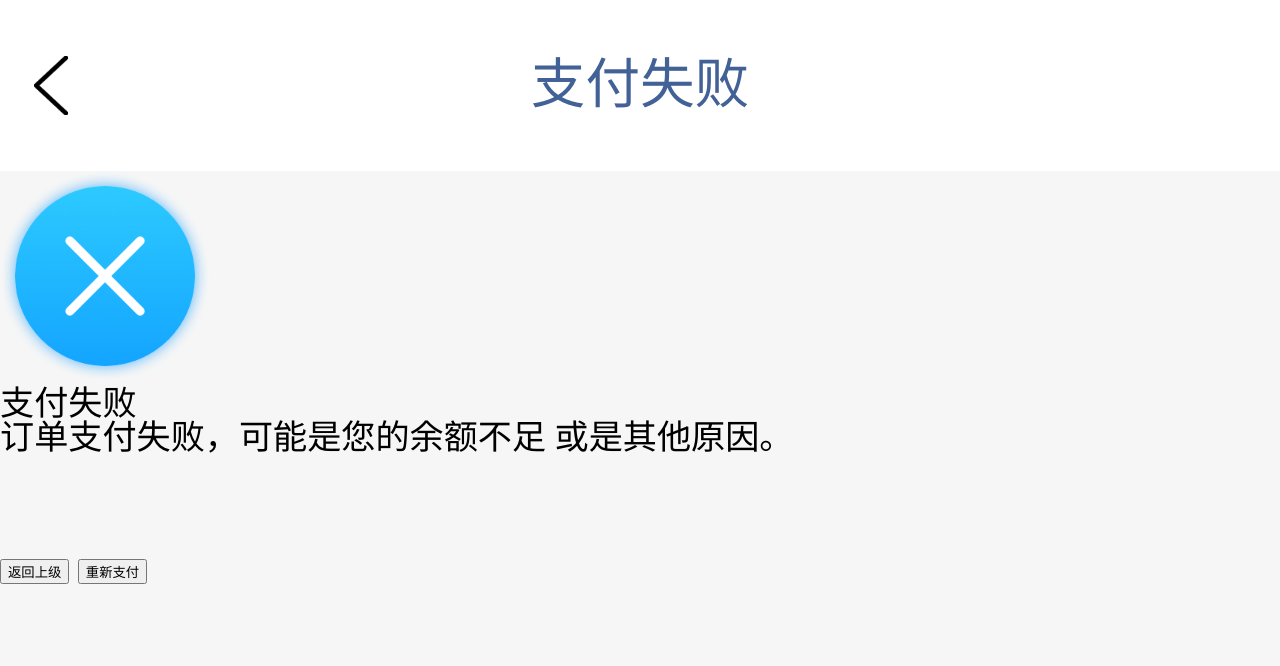
Repository: 421538074/sell
Page: consumer/pay-fail.html
An editor plug-in stored every save of this project. The page is shown before and after the next save, followed by the edit.
The browser window is 1280 px wide. The pictures show the whole page.

Above is the page before, as saved 2019-05-31 15:37:52.

### consumer/pay-fail.html
<!DOCTYPE html>
<html lang="en">

<head>
    <meta charset="UTF-8">
    <meta name="viewport" content="width=device-width, initial-scale=1.0">
    <meta http-equiv="X-UA-Compatible" content="ie=edge">
    <title>支付失败</title>
    <link rel="stylesheet" href="../css/base.css">
    <link rel="stylesheet" href="css/common.css">
    <link rel="stylesheet" href="css/pay-fail.css">
</head>

<body>
    <div id="app" class="content">
        <nav @click="back" class="nav-bar-wrapper">
            <img src="../img/back.png" class="back-icon">
            <p class="nav-bar-title">支付失败</p>
        </nav>
        <div class="order-fail-wrapper">
            <img src="../img/order-fail.png" class="order-success-icon">
            <p class="order-fail-title">支付失败</p>
            <p class="order-fail-info">订单支付失败，可能是您的余额不足
                    或是其他原因。</p>
        </div>
        <div class="operation-group">
            <button class="go-back">返回上级</button>
            <button class="re-pay">重新支付</button>
        </div>
    </div>
    <script src="../js/api.js"></script>
    <script src="../js/jquery.min.js"></script>
    <script src="../js/vue.js"></script>
    <script src="js/vue-mixin.js"></script>
    <script src="js/pay-fail.js"></script>
</body>

</html>

### css/base.css
/* http://meyerweb.com/eric/tools/css/reset/
   v2.0 | 20110126
   License: none (public domain)
*/

html,
body,
div,
span,
applet,
object,
iframe,
h1,
h2,
h3,
h4,
h5,
h6,
p,
blockquote,
pre,
a,
abbr,
acronym,
address,
big,
cite,
code,
del,
dfn,
em,
img,
ins,
kbd,
q,
s,
samp,
small,
strike,
strong,
sub,
sup,
tt,
var,
b,
u,
i,
center,
dl,
dt,
dd,
ol,
ul,
li,
fieldset,
form,
label,
legend,
table,
caption,
tbody,
tfoot,
thead,
tr,
th,
td,
article,
aside,
canvas,
details,
embed,
figure,
figcaption,
footer,
header,
hgroup,
menu,
nav,
output,
ruby,
section,
summary,
time,
mark,
audio,
video {
    margin: 0;
    padding: 0;
    border: 0;
    font-size: 100%;
    font: inherit;
    vertical-align: baseline;
}

/* HTML5 display-role reset for older browsers */
article,
aside,
details,
figcaption,
figure,
footer,
header,
hgroup,
menu,
nav,
section {
    display: block;
}

body {
    line-height: 1;
}

ol,
ul {
    list-style: none;
}

blockquote,
q {
    quotes: none;
}

blockquote:before,
blockquote:after,
q:before,
q:after {
    content: '';
    content: none;
}

table {
    border-collapse: collapse;
    border-spacing: 0;
}


body,
html {
    font-size: calc(100vw / 37.5) !important;
    font-family: PingFangSC-Medium;
    background: #F2F2F2;
}


[v-cloak] {
    display: none;
}


hr {
    margin: 0;
    padding: 0;
}

.clearfix {
    zoom: 1;
}

.clearfix:after {
    content: ".";
    display: block;
    visibility: hidden;
    height: 0;
    clear: both;
}

[v-cloak] {
    display: none;
}

### consumer/css/common.css
*{
    box-sizing: border-box;
}
html,body{
    background: #f6f6f6;
}
html,body,div.content{
    height: 100%;
}
/*底部菜单栏*/
nav.tool-bar-wrapper {
    height: 5rem;
    background: #ffffff;
    display: flex;
    align-items: center;
    justify-content: space-around;
}
a.nav-item {
    color: #888888;
    text-decoration: none;
    font-size: 1.5rem;
    display: flex;
    flex-direction: column;
    align-items: center;
    justify-content: space-around;
    height: 90%;
}
a.nav-item.active{
    color: #0093FF;
}
img.nav-item-icon{
    width: 1.5rem;
    height: 1.5rem;
}
.ellipsis{
    overflow: hidden;
    white-space: nowrap;
    text-overflow: ellipsis;
}
/*顶部返回栏 */
nav.nav-bar-wrapper {
    background: #FFFFFF;
    height: 5rem;
    display: flex;
    align-items: center;
    justify-content: space-around;
    position: fixed;
    width: 100%;
    top: 0;
    z-index: 2;
    font-size: 1.6rem;
    color: #426196;
}
img.back-icon {
    position: absolute;
    width: 1rem;
    left: 1rem;
}

### consumer/css/pay-fail.css
div.content{
    padding-top: 5rem;
}
.order-fail-wrapper {
    height: calc(100% - 5rem);
}

### js/api.js
function getUrlKey(name) {
    return decodeURIComponent((new RegExp('[?|&]' + name + '=' + '([^&;]+?)(&|#|;|$)').exec(location.href) || [, ""])[1].replace(/\+/g, '%20')) || null;
}


// window.warn = {
//     alert: function alert(msg) {
//         var template = `
// `
//         $('body').append(template);
//         $('.alert-body').animate({
//             top: "40px"
//         }, 200);
//         // setTimeout(function () {
//         //     warn.close();
//         // }, 1500);
//     },
//     close: function close() {
//         $('.alert-body').animate({
//             top: "-280px"
//         }, 200);
//         setTimeout(function () {
//             $('#alert-msg').remove();
//         }, 200);
//     }
// };

### consumer/js/vue-mixin.js
Vue.mixin({
    methods: {
        /**
         * 返回
         */
        back() {
            history.go(-1);
        },
        /**
         * 限制长度
         * @param {String} 要限制长度的字段
         * @param {Number} 长度
         */
        limitLength(key, length) {
            this[key] = this[key].substring(0, length);
        },
        /**
         * 验证11位手机号
         * @param {Number} phone
         */
        validatePhone(phone) {
            const phoneReg = /^[1-9][0-9]{9}[0-9]$/;
            return phoneReg.test(phone);
        },
        /**
         * 发送手机验证码
         * @param {Number} waitTimeKey 等待时间键名
         * @param {String} tipsKey 发送验证码显示的信息的键名
         * @param {String} phoneKey 手机号键名
         * @param {String} reSendMsg  按钮默认显示的文字
         */
        sendCode(waitTimeKey, tipsKey, phoneKey, defaultMsg) {
            if (!this.validatePhone(this[phoneKey])) {
                alert('无效手机号!');
                return;
            }
            if (this[waitTimeKey] == 60) {
                $.post('', {
                        phone: this[phoneKey]
                    }, (res) => {
                        if (res.status == 1) {
                            const interval = setInterval(() => {
                                if (this[waitTimeKey] == 1) {
                                    this[waitTimeKey] = 60;
                                    this[tipsKey] = defaultMsg;
                                    clearInterval(interval);
                                    return;
                                }
                                this[waitTimeKey] -= 1;
                                this[tipsKey] = `${this[waitTimeKey]}s`;
                            }, 1000);
                        } else {
                            alert('发送失败!');
                        }
                    }, 'json')
                    .fail(err => {
                        alert('服务器异常!');
                    });
            }
        },
        /**
         * 链接跳转
         * @param {String} url
         */
        linkTo(url) {
            window.location.href = url;
        }
    },
    filters: {

    }
})

### consumer/js/pay-fail.js
new Vue({
    el:'#app'
});

Loaded but not shown: js/jquery.min.js (library); js/vue.js (library)

After the next save:
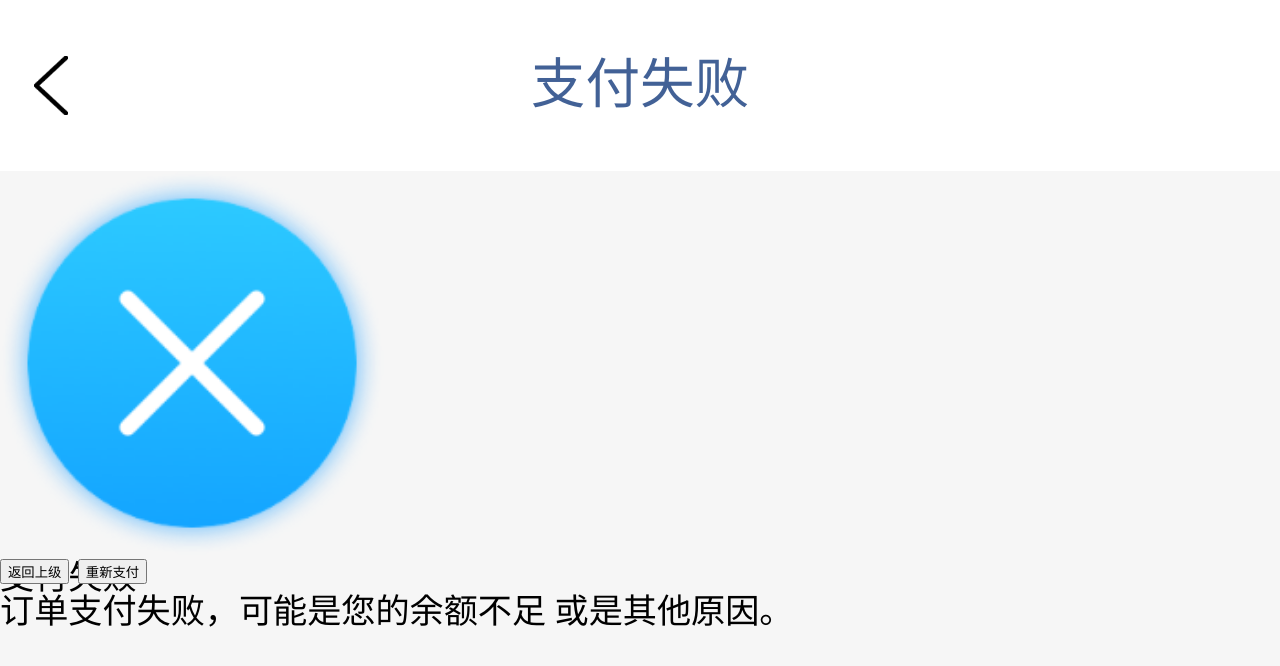
Saved 71 s later.
--- a/consumer/css/pay-fail.css
+++ b/consumer/css/pay-fail.css
@@ -4,3 +4,7 @@ div.content{
 .order-fail-wrapper {
     height: calc(100% - 5rem);
 }
+img.order-success-icon {
+    width: 30%;
+    height: auto;
+}
